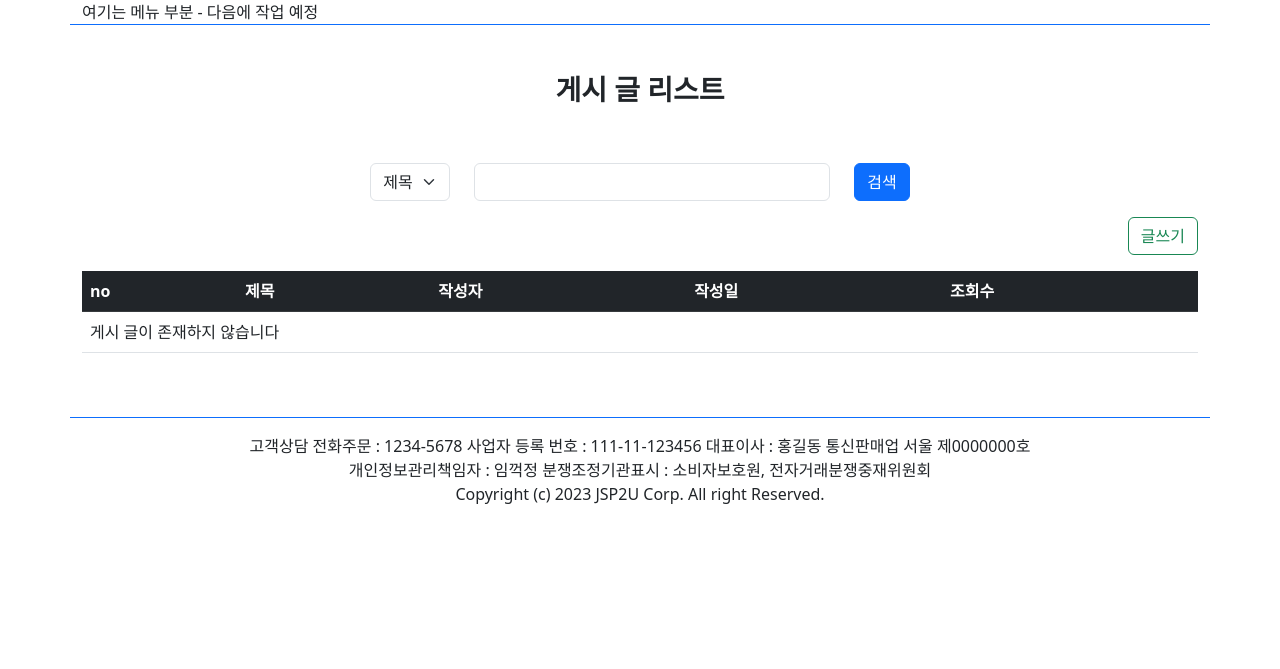
Repository: lopanghub/git_study
Page: http://localhost/JSPClassCh06/WEB-INF/board/boardList.jsp
An editor plug-in stored every save of this project. The page is shown before and after the next save, followed by the edit.
The browser window is 1280 px wide. The pictures show the whole page.
The page is served by Tomcat 9. Nobody is signed in. The template is opened directly, without the code that normally fills it, so the values that code supplies are empty.

Above is the page before, as saved 2024-04-09 05:59:08.

After the next save:
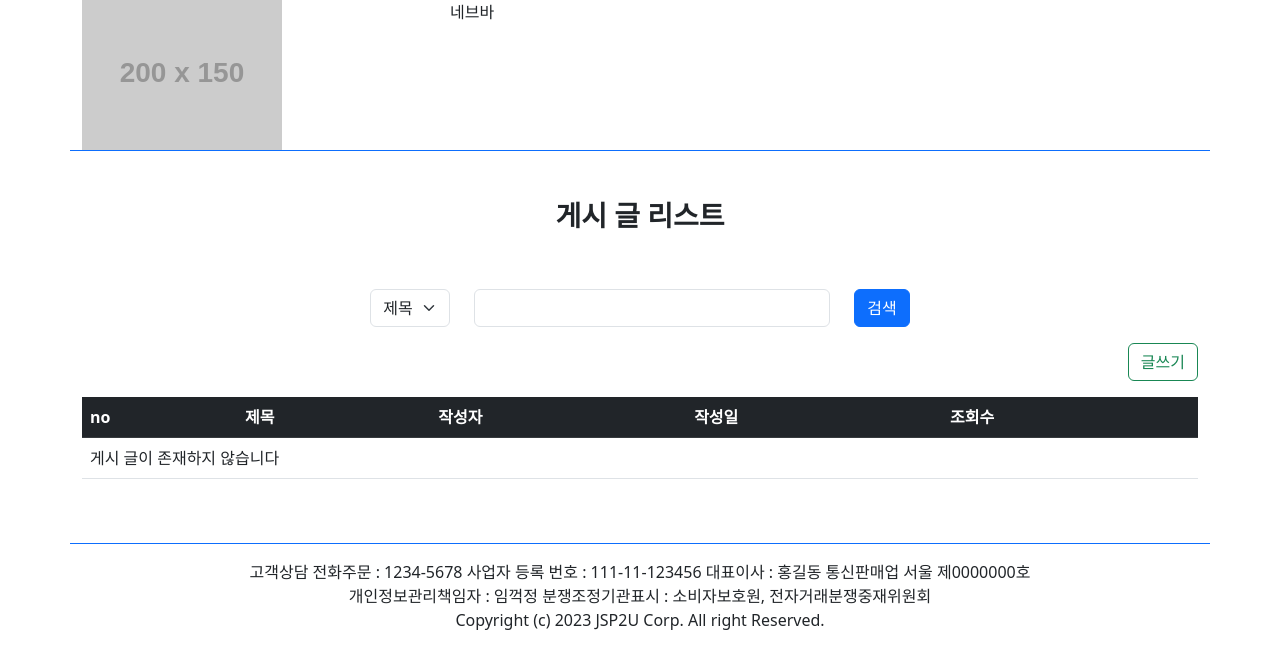
Saved 2 min 52 s later.
--- a/JSPStudy/JSPClassCh06/src/main/webapp/WEB-INF/board/boardList.jsp
+++ b/JSPStudy/JSPClassCh06/src/main/webapp/WEB-INF/board/boardList.jsp
@@ -20,7 +20,13 @@
 <body>
 	<div class="container">
 		<div class="row border-bottom border-primary">
-			<div class="col ">여기는 메뉴 부분 - 다음에 작업 예정</div>
+			<div class="col-4 ">
+				<img src="https://via.placeholder.com/200X150">
+			</div>
+			<div class="col-8">
+				<div class="row">네브바</div>
+				<div class="row"></div>
+			</div>
 		</div>
 		<div class="row my-5">
 			<div class="col text-center">
